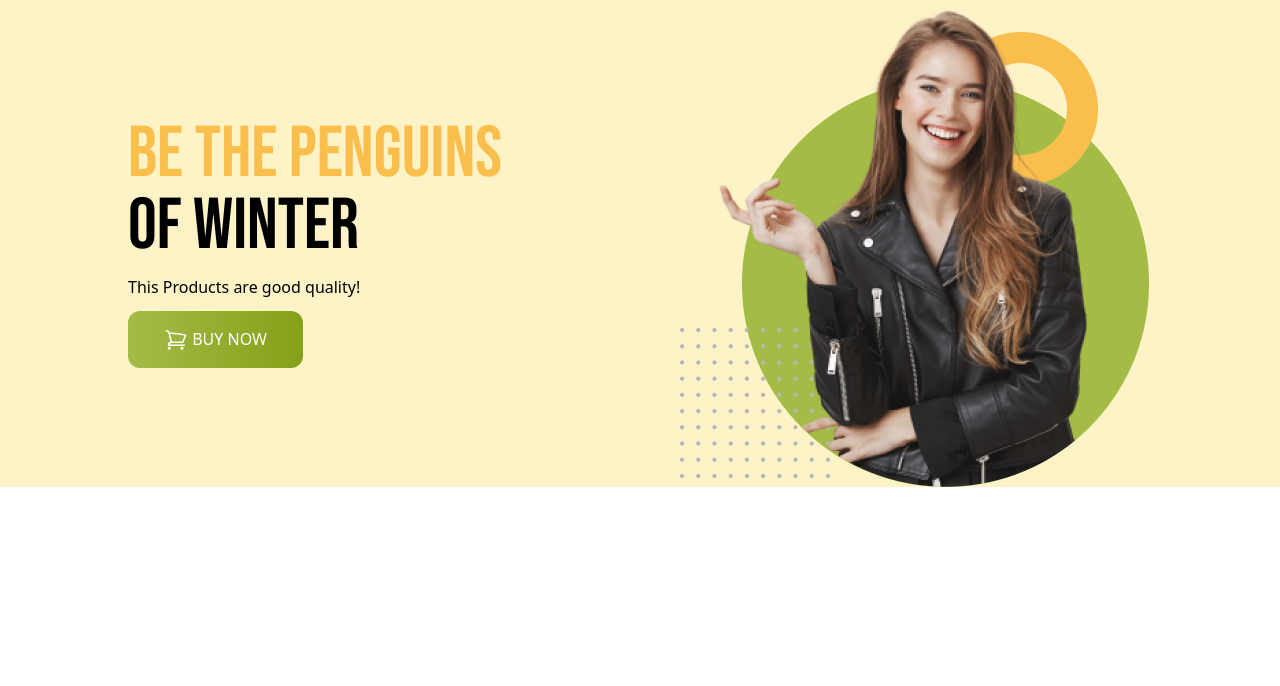
Repository: SyeadaSakina/Penguins-fashion
Page: index.html
These files come from the project's save history. The page is drawn as it stood at one moment and after the next save; the edit follows.
The browser window is 1280 px wide. The pictures show the whole page.
Some web libraries are served in a nearby version.

Above is the page before, as saved 2023-07-22 00:18:36.

### index.html
<!DOCTYPE html>
<html lang="en">

<head>
    <meta charset="UTF-8">
    <meta name="viewport" content="width=device-width, initial-scale=1.0">
    <title>Penguin Fashion</title>
    <script src="https://cdn.tailwindcss.com"></script>
    <link rel="preconnect" href="https://fonts.googleapis.com">
    <link rel="preconnect" href="https://fonts.gstatic.com" crossorigin>
    <link href="https://fonts.googleapis.com/css2?family=Bebas+Neue&display=swap" rel="stylesheet">
    <style>
        .font-bebas {
            font-family: 'Bebas Neue', sans-serif;
        }
    </style>
</head>

<body>
    <header class="bg-amber-100 px-32">
        <!-- nav section -->
        <nav>

        </nav>

        <!-- banner section -->
        <div class="flex justify-between items-center">
            <div class="space-y-3">
                <h1 class="text-7xl uppercase font-bebas"> <span class="text-[#FABE4C]">Be the Penguins</span>
                    <br> of Winter
                </h1>
                <p>
                    This Products are good quality!
                </p>
                <button
                    class="py-4 px-9 bg-gradient-to-r from-[#A4BC46] to-[#85A019] rounded-xl uppercase text-white font-medium">
                    <svg xmlns="http://www.w3.org/2000/svg" fill="none" viewBox="0 0 24 24" stroke-width="1.5"
                        stroke="currentColor" class="w-6 h-6 inline">
                        <path stroke-linecap="round" stroke-linejoin="round"
                            d="M2.25 3h1.386c.51 0 .955.343 1.087.835l.383 1.437M7.5 14.25a3 3 0 00-3 3h15.75m-12.75-3h11.218c1.121-2.3 2.1-4.684 2.924-7.138a60.114 60.114 0 00-16.536-1.84M7.5 14.25L5.106 5.272M6 20.25a.75.75 0 11-1.5 0 .75.75 0 011.5 0zm12.75 0a.75.75 0 11-1.5 0 .75.75 0 011.5 0z" />
                    </svg>
                    Buy Now</button>
            </div>
            <div>
                <img src="images/model.png" alt="Image of a model">
            </div>
        </div>

    </header>
    <main>

    </main>
    <footer>

    </footer>
</body>

</html>

After the next save:
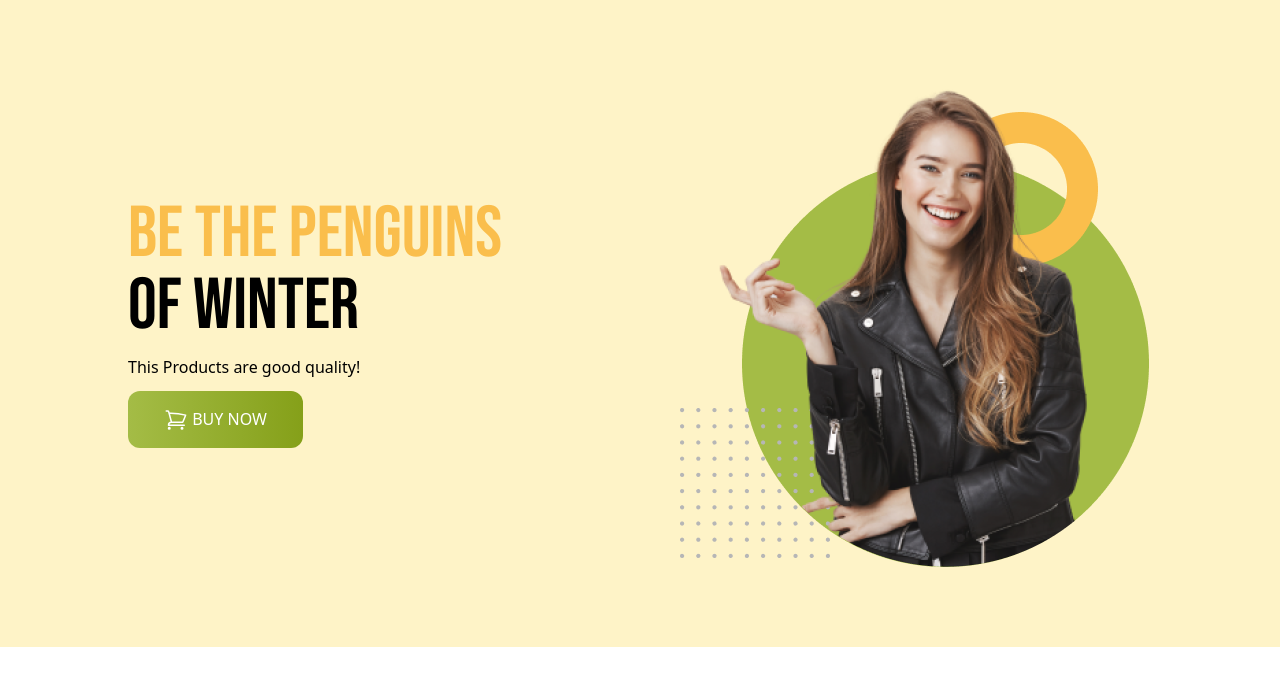
Saved 102 s later.
--- a/index.html
+++ b/index.html
@@ -17,7 +17,7 @@
 </head>
 
 <body>
-    <header class="bg-amber-100 px-32">
+    <header class="bg-amber-100 px-32 py-20">
         <!-- nav section -->
         <nav>
 
